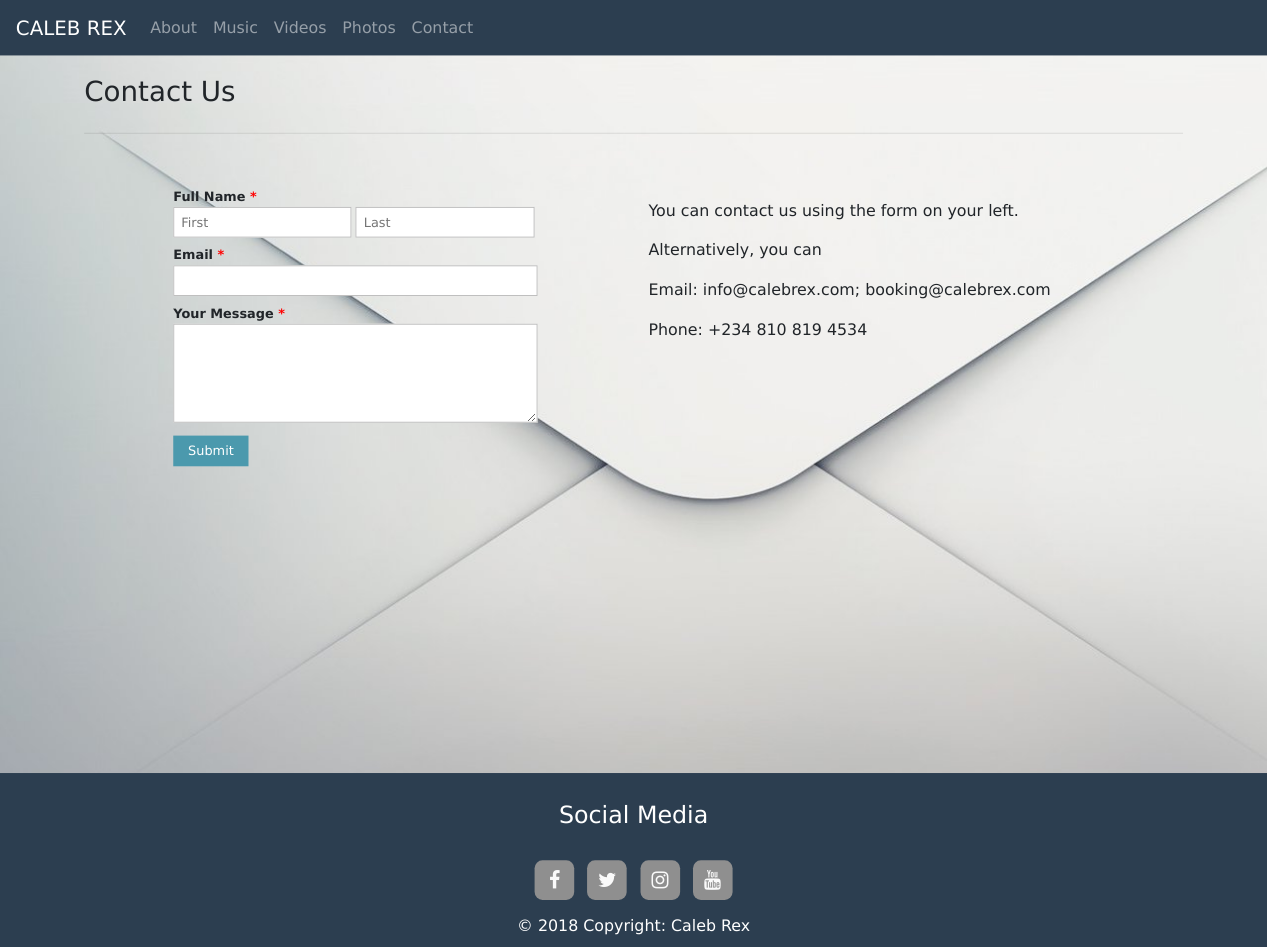
Repository: IchaTreasure/caleb-rex
Page: contact.html
The author's editor kept a record of every edit. The page is drawn from the files as they stood at one moment, then again after the next edit.
The browser window is 1280 px wide. The pictures show the whole page, at 99% of full size.
Some web libraries are served in a nearby version.

Above is the page before.

### contact.html
<!DOCTYPE html>
<html lang="en">

<head>
    <meta charset="UTF-8">
    <meta name="viewport" content="width=device-width, initial-scale=1.0">
    <meta http-equiv="X-UA-Compatible" content="ie=edge">
    <link rel="stylesheet" href="https://maxcdn.bootstrapcdn.com/bootstrap/4.1.3/css/bootstrap.min.css">
    <link rel="stylesheet" href="https://use.fontawesome.com/releases/v5.6.1/css/all.css" integrity="sha384-gfdkjb5BdAXd+lj+gudLWI+BXq4IuLW5IT+brZEZsLFm++aCMlF1V92rMkPaX4PP" crossorigin="anonymous">
    <link rel="stylesheet" href="https://stackpath.bootstrapcdn.com/bootstrap/4.3.1/css/bootstrap.min.css" type="text/css" />
    <link rel="stylesheet" href="https://stackpath.bootstrapcdn.com/font-awesome/4.7.0/css/font-awesome.min.css" type="text/css" />
    <link rel="stylesheet" href="https://cdnjs.cloudflare.com/ajax/libs/hover.css/2.3.1/css/hover-min.css" type="text/css" />
    <link href="https://fonts.googleapis.com/css?family=Roboto:400,700" rel="stylesheet">
    <link rel="stylesheet" href="css/style.css" type="text/css" />
    <title>Caleb Rex</title>
</head>

<body style="background-color: #2c3e50">
    <!-- ------------------------------------------------------------------------------------------------------Navigation Bar -->
    <nav class="navbar navbar-expand-md navbar-dark fixed-top" style="background-color: #2c3e50">
        <a class="navbar-brand" href="index.html">CALEB REX</a>
        <button class="navbar-toggler" type="button" data-toggle="collapse" data-target="#navbarsExampleDefault" aria-controls="navbarsExampleDefault" aria-expanded="false" aria-label="Toggle navigation">
    <span class="navbar-toggler-icon"></span>
  </button>

        <div class="collapse navbar-collapse" id="navbarsExampleDefault">
            <ul class="navbar-nav mr-auto">
                <li class="nav-item right" data-toggle="collapse" data-target=".navbar-collapse.show">
                    <a class="nav-link" href="about.html">About</a>
                </li>
                <li class="nav-item right" data-toggle="collapse" data-target=".navbar-collapse.show">
                    <a class="nav-link" href="music.html">Music</a>
                </li>
                <li class="nav-item right" data-toggle="collapse" data-target=".navbar-collapse.show">
                    <a class="nav-link" href="videos.html">Videos</a>
                </li>
                <li class="nav-item right" data-toggle="collapse" data-target=".navbar-collapse.show">
                    <a class="nav-link" href="photos.html">Photos</a>
                </li>
                <li class="nav-item right" data-toggle="collapse" data-target=".navbar-collapse.show">
                    <a class="nav-link" href="contact.html">Contact</a>
                </li>
            </ul>
        </div>
    </nav>

    <!-- contact section -->
    <section style="background-color: #D6D6D6; background-image: url('images/bg_contact.jpg'); Width: 100%;">
        <!-- Page Content -->
        <div class="container" Style="padding-top: 20px">
            <div class="row">
                <h3 style="padding-left: 15px">Contact Us</h3>
            </div>
            <hr>
            <div class="row">
                <div class="col-md-6">
                    <form action="mailto:treasureicha82@gmail.com" method="post" enctype="text/plain">
                        <ul class="form-style-1">
                            <li>
                                <label>Full Name <span class="required">*</span></label>
                                <input type="text" name="firstname" class="field-divided" placeholder="First" />
                                <input type="text" name="lastname" class="field-divided" placeholder="Last" />
                            </li>
                            <li>
                                <label>Email <span class="required">*</span></label>
                                <input type="email" name="email" class="field-long" />
                            </li>
                            <li>
                                <label>Your Message <span class="required">*</span></label>
                                <textarea name="message" id="message" class="field-long field-textarea"></textarea>
                            </li>
                            <li>
                                <input type="submit" value="Submit" />
                            </li>
                        </ul>
                    </form>
                </div>
                <div class="col-md-6" style="padding-top: 50px; padding-bottom: 420px;">
                    <p>
                        You can contact us using the form on your left.
                    </p>
                    <p>
                        Alternatively, you can
                    </p>
                    <p>
                        Email: info@calebrex.com; booking@calebrex.com
                    </p>
                    <p>
                        Phone: +234 810 819 4534
                    </p>
                </div>
            </div>
        </div>
    </section>

    <!-- Footer -->
    <footer class="py-1" style="background-color: #2c3e50; text-align: center;">
        <div class="container">
            <br>
            <h4 style="color: white;">Social Media</h4>
            <br>
            <ul class="list-inline social-links">
                <li class="list-inline-item">
                    <a target="_blank" href="https://www.facebook.com/caleb.rex.96"><i class = " fa fa-facebook" aria-hidden="true"></i><span class = "sr-only">Facebook</span></a>
                </li>
                <li class="list-inline-item">
                    <a target="_blank" href="https://twitter.com/calebrex01"><i class = " fa fa-twitter" aria-hidden="true"></i><span class = "sr-only">Twitter</span></a>
                </li>
                <li class="list-inline-item">
                    <a target="_blank" href="https://www.instagram.com/caleb.rex01/"><i class = " fa fa-instagram" aria-hidden="true"></i><span class = "sr-only">Instagram</span></a>
                </li>
                <li class="list-inline-item">
                    <a target="_blank" href="https://www.youtube.com/channel/UC_B7e65upco510Sio9dZJhg"><i class = " fa fa-youtube" aria-hidden="true"></i><span class = "sr-only">Youtube</span></a>
                </li>
            </ul>
        </div>
        <h6 style="text-align: center; color: white;">© 2018 Copyright: Caleb Rex</h6>
        <!-- /.container -->
    </footer>
    <!-- Bootstrap core JavaScript -->
    <script src="https://code.jquery.com/jquery-3.3.1.slim.min.js" integrity="sha384-q8i/X+965DzO0rT7abK41JStQIAqVgRVzpbzo5smXKp4YfRvH+8abtTE1Pi6jizo" crossorigin="anonymous"></script>
    <script src="https://cdnjs.cloudflare.com/ajax/libs/popper.js/1.14.7/umd/popper.min.js" integrity="sha384-UO2eT0CpHqdSJQ6hJty5KVphtPhzWj9WO1clHTMGa3JDZwrnQq4sF86dIHNDz0W1" crossorigin="anonymous"></script>
    <script src="https://stackpath.bootstrapcdn.com/bootstrap/4.3.1/js/bootstrap.min.js" integrity="sha384-JjSmVgyd0p3pXB1rRibZUAYoIIy6OrQ6VrjIEaFf/nJGzIxFDsf4x0xIM+B07jRM" crossorigin="anonymous"></script>
</body>

</html>

### css/style.css
/*---------------------------- css for body */
body {
  font-family: 'Lucida Grande', sans-serif;
  padding-top: 56px;
}

nav li a:hover {
  background: black;
}

nav a:hover {
  background: black;
}

/*----------------------------------------- Modal Styling */
.modal-body{
    color: #615650;
    text-align: center;
}

.modal-content{
    background-color: #dbc7bd;
    padding: 20px;
}

.img-hover:hover{
    cursor: pointer;
    opacity: 0.6;
    transition: all 0.35s ease-in-out;
    -moz-transition: all 0.35s ease-in-out;
    -webkit-transition: all 0.35s ease-in-out;
    -o-transition: all 0.35s ease-in-out;
}

/*---------------------------- css for contact form*/
.form-style-1 {
	margin:10px auto;
	max-width: 400px;
	padding: 20px 12px 10px 20px;
	font: 13px "Lucida Sans Unicode", "Lucida Grande", sans-serif;
}
.form-style-1 li {
	padding: 0;
	display: block;
	list-style: none;
	margin: 10px 0 0 0;
}
.form-style-1 label{
	margin:0 0 3px 0;
	padding:0px;
	display:block;
	font-weight: bold;
}
.form-style-1 input[type=text],
.form-style-1 input[type=date],
.form-style-1 input[type=datetime],
.form-style-1 input[type=number],
.form-style-1 input[type=search],
.form-style-1 input[type=time],
.form-style-1 input[type=url],
.form-style-1 input[type=email],
textarea,
select{
	box-sizing: border-box;
	-webkit-box-sizing: border-box;
	-moz-box-sizing: border-box;
	border:1px solid #BEBEBE;
	padding: 7px;
	margin:0px;
	-webkit-transition: all 0.30s ease-in-out;
	-moz-transition: all 0.30s ease-in-out;
	-ms-transition: all 0.30s ease-in-out;
	-o-transition: all 0.30s ease-in-out;
	outline: none;
}

.form-style-1 input[type=text]:focus,
.form-style-1 input[type=date]:focus,
.form-style-1 input[type=datetime]:focus,
.form-style-1 input[type=number]:focus,
.form-style-1 input[type=search]:focus,
.form-style-1 input[type=time]:focus,
.form-style-1 input[type=url]:focus,
.form-style-1 input[type=email]:focus,
.form-style-1 textarea:focus,
.form-style-1 select:focus{
	-moz-box-shadow: 0 0 8px #88D5E9;
	-webkit-box-shadow: 0 0 8px #88D5E9;
	box-shadow: 0 0 8px #88D5E9;
	border: 1px solid #88D5E9;
}

.form-style-1 .field-divided{
	width: 49%;
}

.form-style-1 .field-long{
	width: 100%;
}
.form-style-1 .field-select{
	width: 100%;
}
.form-style-1 .field-textarea{
	height: 100px;
}
.form-style-1 input[type=submit], .form-style-1 input[type=button]{
	background: #4B99AD;
	padding: 8px 15px 8px 15px;
	border: none;
	color: #fff;
}

.form-style-1 input[type=submit]:hover, .form-style-1 input[type=button]:hover{
	background: #4691A4;
	box-shadow:none;
	-moz-box-shadow:none;
	-webkit-box-shadow:none;
}

.form-style-1 .required{
	color:red;
}

/*---------------------------- css for footer*/
footer {
  background-color: #7D0D11;
  color: black;
}

.social-links li a i {
  width: 40px;
  height: 40px;
  padding: 10px;
  border-radius: 20%;
  font-size: 20px;
  line-height: 20px;
  text-align: center;
  color: #fafafa;
  background: #8f8f8f;
  transition: all 0.35s ease-in-out;
  -moz-transition: all 0.35s ease-in-out;
  -webkit-transition: all 0.35s ease-in-out;
  -o-transition: all 0.35s ease-in-out;
}

.social-links li a i:hover {
  background: black;
}

After the next edit:
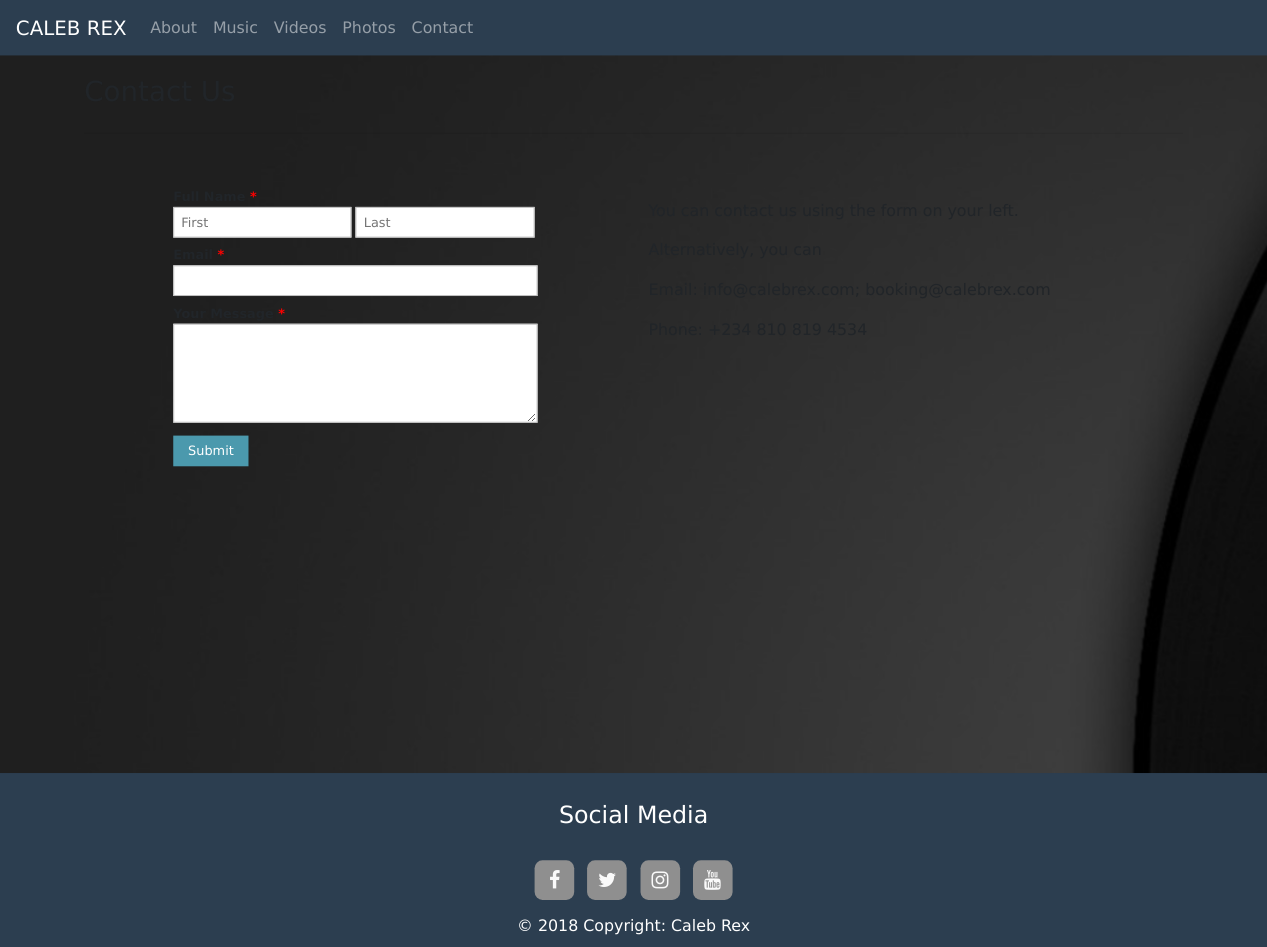
The edit:
--- a/contact.html
+++ b/contact.html
@@ -45,7 +45,7 @@
     </nav>
 
     <!-- contact section -->
-    <section style="background-color: #D6D6D6; background-image: url('images/bg_contact.jpg'); Width: 100%;">
+    <section style="background-color: #bc3636; background-image: url('images/photos-page.png'); Width: 100%;">
         <!-- Page Content -->
         <div class="container" Style="padding-top: 20px">
             <div class="row">
